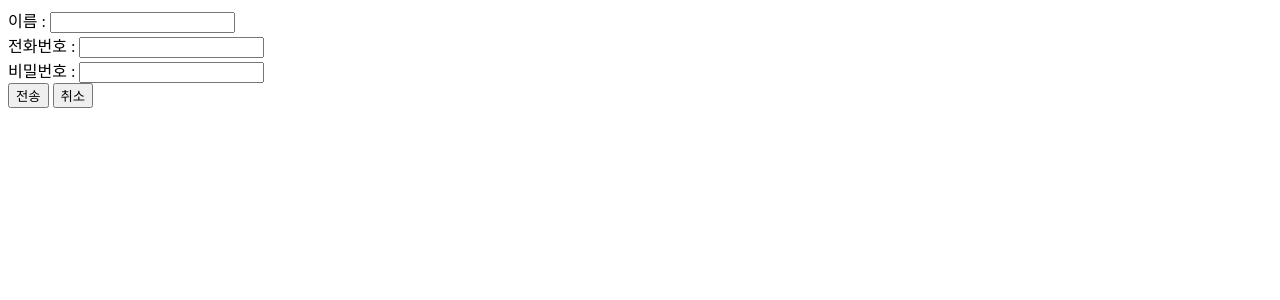
Repository: sungeunbyeol/Nowon-ezen-jsp
Page: test/WebContent/test10.html
An editor plug-in stored every save of this project. The page is shown before and after the next save, followed by the edit.
The browser window is 1280 px wide. The pictures show the whole page.

Above is the page before, as saved 2021-11-02 05:37:05.

### test/WebContent/test10.html
<!DOCTYPE html>
<html>
<head>
<meta charset="EUC-KR">
<title>Insert title here</title>
</head>
<body>
	<form name="f" action="result.jsp" method="post">
		이름 : <input type="text" name="name"><br>
		전화번호 : <input type="text" name="tel"><br>
		비밀번호 : <input type="password" name="pwd"><br>
		<input type="submit" value="전송">
		<input type="reset" value="취소">
	</form>
</body>
</html>

After the next save:
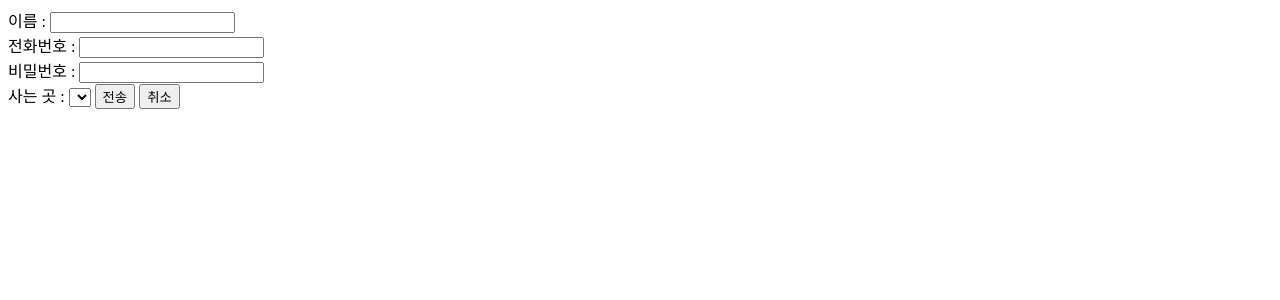
Saved 34 min 51 s later.
--- a/test/WebContent/test10.html
+++ b/test/WebContent/test10.html
@@ -9,6 +9,9 @@
 		이름 : <input type="text" name="name"><br>
 		전화번호 : <input type="text" name="tel"><br>
 		비밀번호 : <input type="password" name="pwd"><br>
+		사는 곳 : <select name="addr">
+			<option value="seoul">
+		</select>
 		<input type="submit" value="전송">
 		<input type="reset" value="취소">
 	</form>
